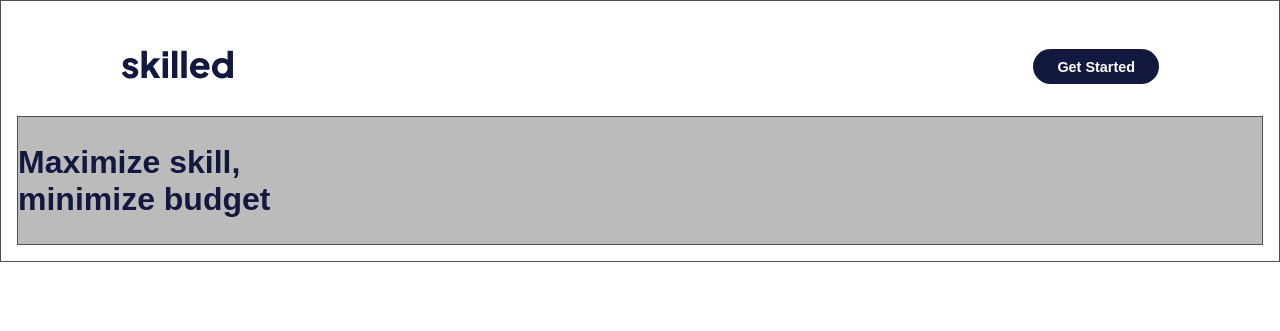
Repository: exe-walt/E-Learning-Landing-Page
Page: index.html
An editor plug-in stored every save of this project. The page is shown before and after a run of saves, followed by the edit.
The browser window is 1280 px wide. The pictures show the whole page.
Some web fonts or font styles are not loaded; a fallback is used.

Above is the page before, as saved 2025-05-27 19:46:28.

After the next 4 saves:
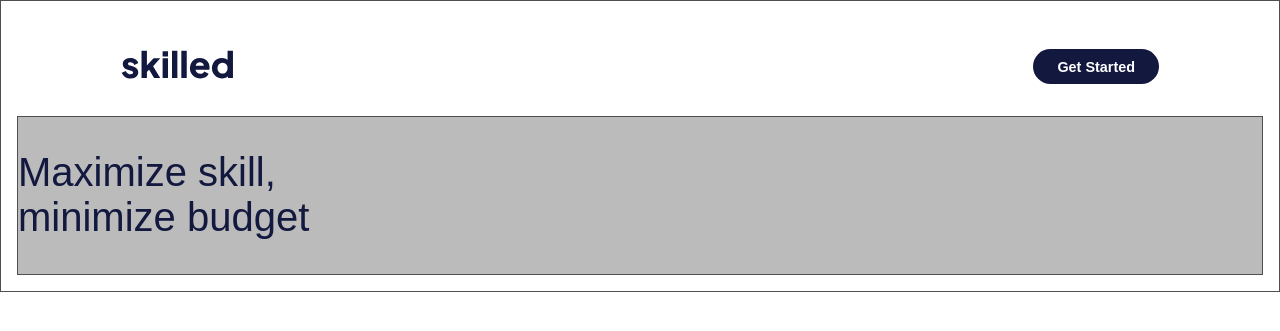
The 4 saves are shown as one change because they came seconds apart.
The last was saved 72 s later.
--- a/css/style.css
+++ b/css/style.css
@@ -66,6 +66,7 @@ body {
 }
 
 .hero-section h1 {
-  font-size: 2em;
+  font-size: 2.5em;
+  font-weight: 500;
   color: #13183F;
 }
